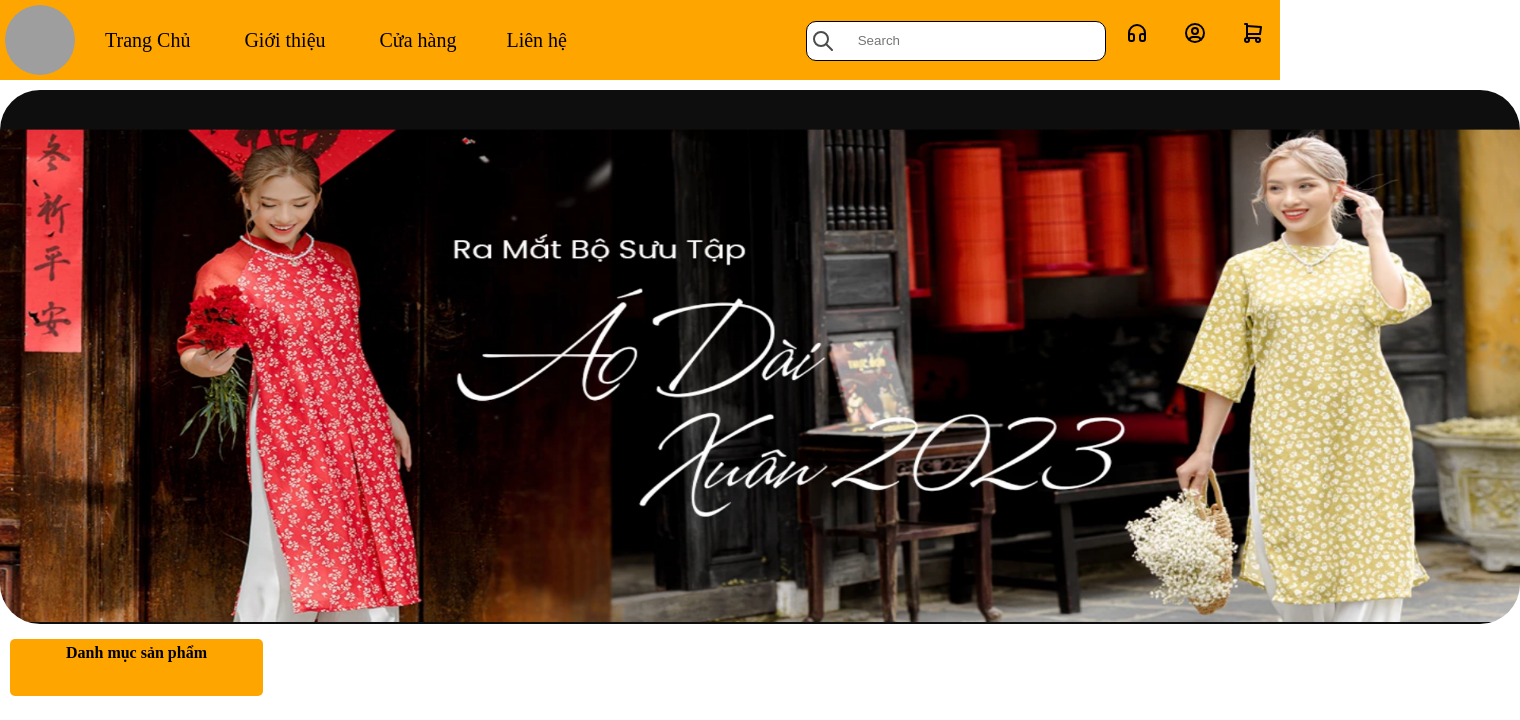
Repository: manhhieu120499/test-page
Page: index.html
An editor plug-in stored every save of this project. The page is shown before and after a run of saves, followed by the edit.
The browser window is 1280 px wide. The page is 1520 px wide, so the pictures cover 1520 px, including what lies to the right of the window. The pictures show the whole page.
Pictures or frames that could not be fetched are drawn as grey boxes.

Above is the page before, as saved 2023-01-11 23:49:55.

### index.html
<!DOCTYPE html>
<html lang="en">

<head>
    <meta charset="UTF-8">
    <meta http-equiv="X-UA-Compatible" content="IE=edge">
    <meta name="viewport" content="width=device-width, initial-scale=1.0">
    <title>Document</title>
    <link rel="stylesheet" href="./style.css">
</head>

<body>
    <div id="header">
        <div class="left-sidebar">
            <img src="https://t3.ftcdn.net/jpg/03/02/36/70/360_F_302367092_vmqO9rSPmluZJFuOFFNzjGwimbChoIAZ.jpg"
                alt="logo-shop">
            <ul class="sub-menu">
                <li><a href="#">Trang Chủ</a></li>
                <li><a href="#">Giới thiệu</a></li>
                <li><a href="#">Cửa hàng</a< /li>
                <li><a href="#">Liên hệ</a></li>
            </ul>

        </div>

        <div class="right-sidebar">
            <input type="text" placeholder="           Search" />
            <a href="#" class="search">
                <svg xmlns="http://www.w3.org/2000/svg" class="icon icon-tabler icon-tabler-search" width="24" height="24" viewBox="0 0 24 24" stroke-width="2" stroke="currentColor" fill="none" stroke-linecap="round" stroke-linejoin="round">
                    <path stroke="none" d="M0 0h24v24H0z" fill="none"></path>
                    <circle cx="10" cy="10" r="7"></circle>
                    <line x1="21" y1="21" x2="15" y2="15"></line>
                 </svg>
            </a>
            <a href="#" class="telesale">
                <svg xmlns="http://www.w3.org/2000/svg" class="icon icon-tabler icon-tabler-headphones" width="24"
                    height="24" viewBox="0 0 24 24" stroke-width="2" stroke="currentColor" fill="none"
                    stroke-linecap="round" stroke-linejoin="round">
                    <path stroke="none" d="M0 0h24v24H0z" fill="none"></path>
                    <rect x="4" y="13" rx="2" width="5" height="7"></rect>
                    <rect x="15" y="13" rx="2" width="5" height="7"></rect>
                    <path d="M4 15v-3a8 8 0 0 1 16 0v3"></path>
                </svg>
            </a>
            <a href="#" class="person">
                <svg xmlns="http://www.w3.org/2000/svg" class="icon icon-tabler icon-tabler-user-circle" width="24"
                    height="24" viewBox="0 0 24 24" stroke-width="2" stroke="currentColor" fill="none"
                    stroke-linecap="round" stroke-linejoin="round">
                    <path stroke="none" d="M0 0h24v24H0z" fill="none"></path>
                    <circle cx="12" cy="12" r="9"></circle>
                    <circle cx="12" cy="10" r="3"></circle>
                    <path d="M6.168 18.849a4 4 0 0 1 3.832 -2.849h4a4 4 0 0 1 3.834 2.855"></path>
                </svg>
            </a>
            <a href="#" class="shopping-cart">
                <svg xmlns="http://www.w3.org/2000/svg" class="icon icon-tabler icon-tabler-shopping-cart" width="24"
                    height="24" viewBox="0 0 24 24" stroke-width="2" stroke="currentColor" fill="none"
                    stroke-linecap="round" stroke-linejoin="round">
                    <path stroke="none" d="M0 0h24v24H0z" fill="none"></path>
                    <circle cx="6" cy="19" r="2"></circle>
                    <circle cx="17" cy="19" r="2"></circle>
                    <path d="M17 17h-11v-14h-2"></path>
                    <path d="M6 5l14 1l-1 7h-13"></path>
                </svg>
            </a>
        </div>
    </div>

    <div class="body">
        <div class="shop-picture">
            <img src="./logo-tet.png" alt="picture">
        </div>
        <span>Danh mục sản phẩm</span>
    </div>

    <div id="footer">

    </div>
</body>

</html>

### style.css
* {
    margin: 0;
    padding: 0;
    box-sizing: border-box;
}

#header {
    width: 100vw;
    height: 80px;
    background-color: orange;
    display: flex;
    justify-content: space-between;
}

.left-sidebar {
    display: flex;
}

.left-sidebar img {
    width: 70px;
    height: 70px;
    border-radius: 50%;
    margin: 5px;
}

.sub-menu li {
   list-style: none;
   display: inline-block;
   line-height: 80px;
   padding: 0px 25px;
}

.sub-menu li a {
    text-decoration: none;
    color: black;
    font-size: 20px;
}

.right-sidebar a {
    display: inline-block;
    line-height: 80px;
    padding: 0 15px;
    color: black;
}

input {
    padding: 10px 10px;
    width: 300px;
    height: 40px;
    border: 1px solid black;
    border-radius: 10px;
    position: relative;
}

.search {
    position: absolute;
    right: 430px;
    top: 8px;
    opacity: 0.7;
}

body {
    height: 100vh;
}

.shop-picture img {
    display: block;
    height: 534px;
    width: 1520px;
    margin: 10px auto;
    border-radius: 40px;
}

span {
    text-align: center;
    width: 253px;
    height: 57px;
    padding: 5px;
    border-radius: 5px;
    background-color: orange;
    font-weight: bold;
    margin-left: 10px;
    margin-top: 15px;
    display: block;
}

After the next 2 saves:
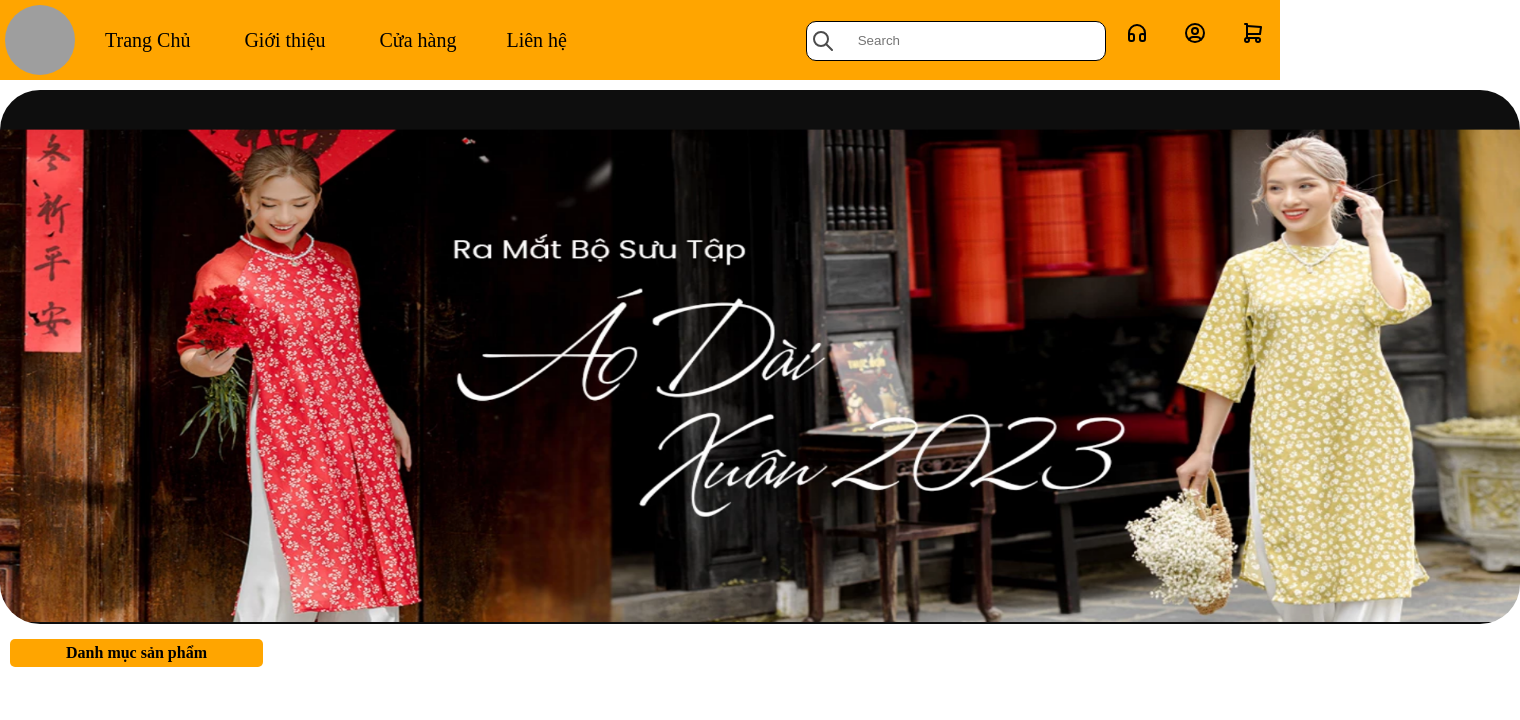
The 2 saves are shown as one change because they came seconds apart.
The last was saved 64 s later.
--- a/style.css
+++ b/style.css
@@ -74,7 +74,6 @@ body {
 span {
     text-align: center;
     width: 253px;
-    height: 57px;
     padding: 5px;
     border-radius: 5px;
     background-color: orange;
